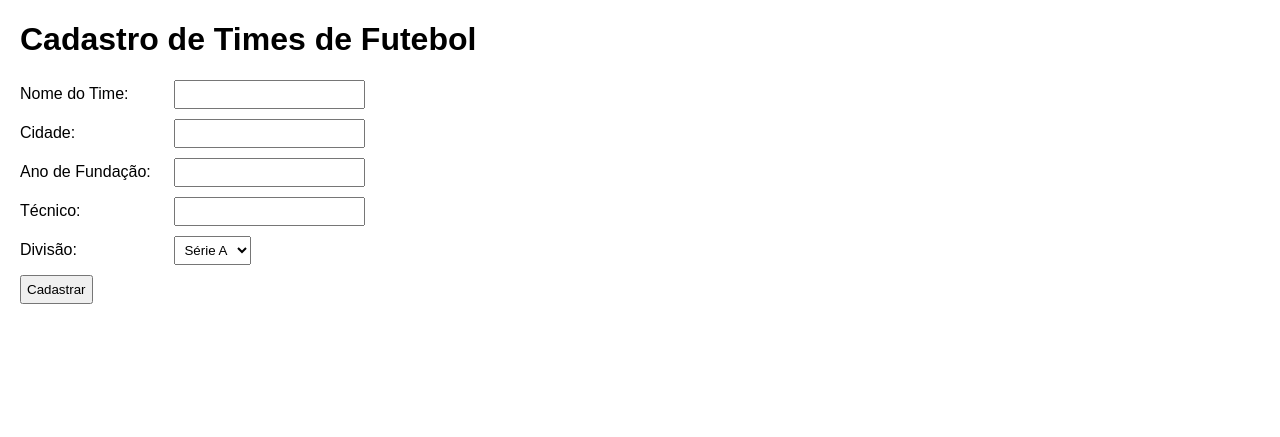
Repository: MathSena/jsp_curso
Page: jspdemo/src/main/webapp/cadastroTime.html
An editor plug-in stored every save of this project. The page is shown before and after the next save, followed by the edit.
The browser window is 1280 px wide. The pictures show the whole page.

Above is the page before, as saved 2025-03-04 00:31:06.

After the next save:
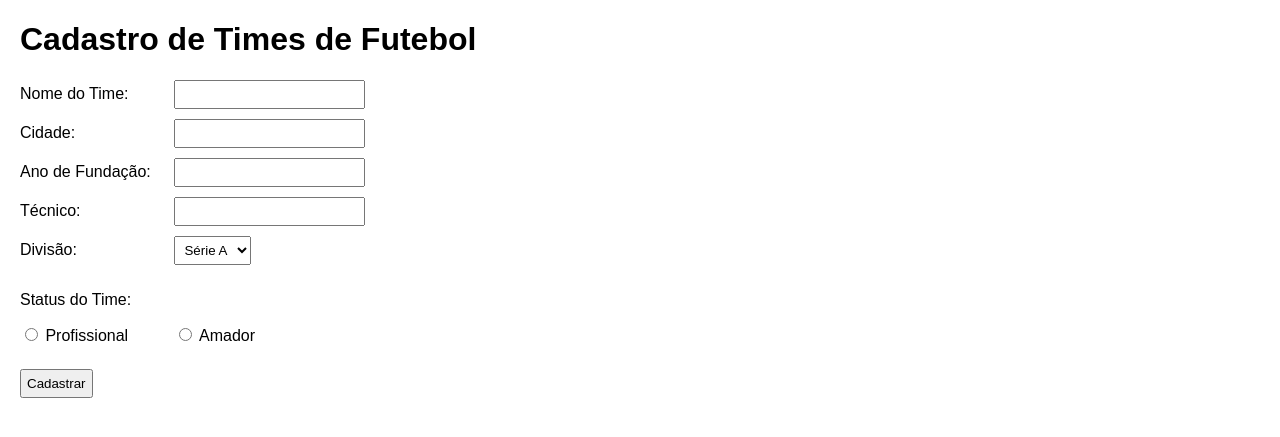
Saved 1 s later.
--- a/jspdemo/src/main/webapp/cadastroTime.html
+++ b/jspdemo/src/main/webapp/cadastroTime.html
@@ -3,7 +3,7 @@
 <head>
     <meta charset="UTF-8">
     <title>Cadastro de Times de Futebol</title>
-    <!-- Você pode incluir CSS externo ou embutido para estilizar o formulário -->
+    <!-- CSS embutido para estilizar o formulário -->
     <style>
         body {
             font-family: Arial, sans-serif;
@@ -53,6 +53,18 @@
         </select>
         <br>
 
+        <!-- Radio Buttons para definir o status do time -->
+        <p>Status do Time:</p>
+        <label for="profissional">
+            <input type="radio" id="profissional" name="status" value="profissional" required>
+            Profissional
+        </label>
+        <label for="amador">
+            <input type="radio" id="amador" name="status" value="amador">
+            Amador
+        </label>
+        <br><br>
+
         <!-- Botão para enviar o formulário -->
         <input type="submit" value="Cadastrar">
     </form>
